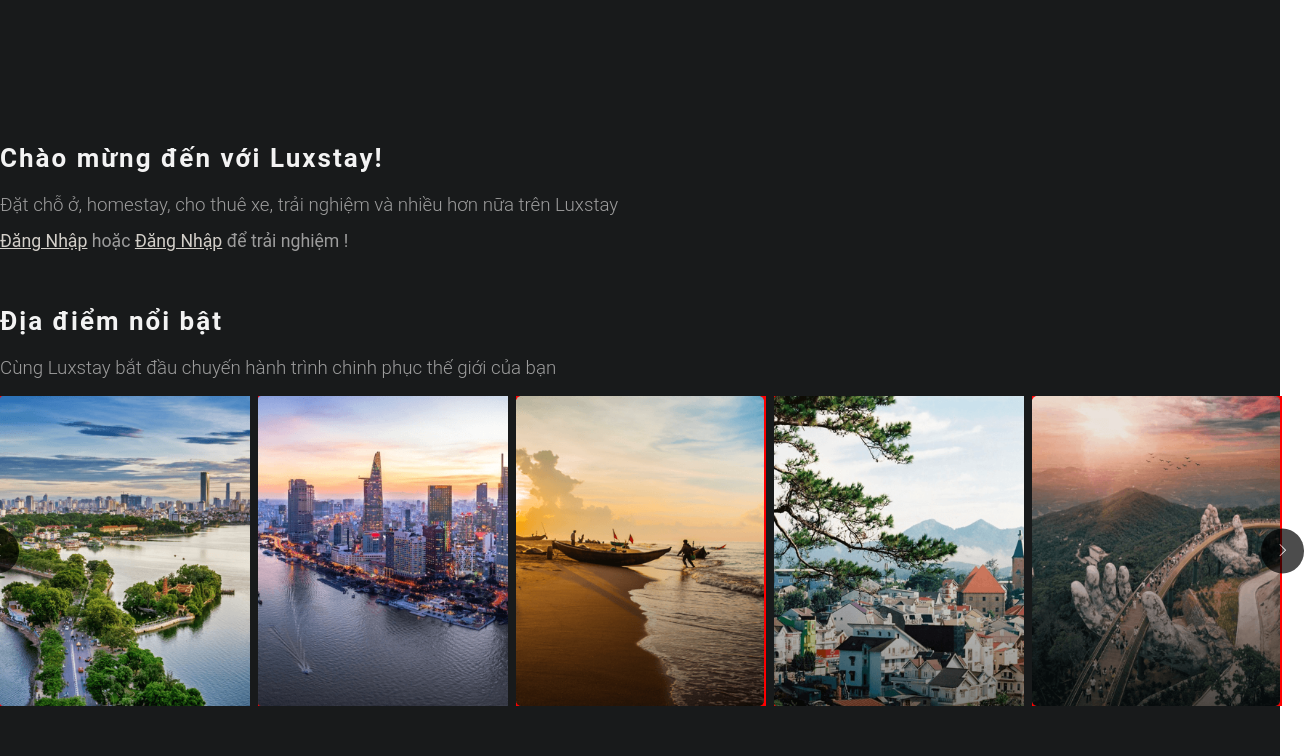
Repository: thuong22062004/Luxstay
Page: index.html
The author's editor kept a copy of each file at every save. The page is drawn from the files as they stood at one save, then again after the next save.
The browser window is 1280 px wide. The page is 1304 px wide, so the pictures cover 1304 px, including what lies to the right of the window. The pictures show the whole page.
Some web libraries are served in a nearby version.

Above is the page before, as saved 2021-11-21 08:18:13.
Console error: TypeError: Cannot read properties of undefined (reading 'offsetWidth')

### index.html
<!DOCTYPE html>
<html lang="en">
<head>
    <meta charset="UTF-8">
    <meta http-equiv="X-UA-Compatible" content="IE=edge">
    <meta name="viewport" content="width=device-width, initial-scale=1.0">
    <link rel="stylesheet" href="./asset/grid.css">
    <link rel="stylesheet" href="./travel/dif.css">
    <link rel="stylesheet" href="./travel/thesame.css">
    <link
    rel="stylesheet"
    type="text/css"
    href="https://cdn.jsdelivr.net/npm/slick-carousel@1.8.1/slick/slick.css"
  />
    <link rel="stylesheet" href="./travel/icon/themify-icons-font/themify-icons/themify-icons.css">
    <title>Document</title>
</head>
<body>
    <div class="traveling">
        <!-- <header class="header">
            <div class="grid-comon">
                <div class="header__contain">
                    <div class="header__logo-search">
                        <svg version="1.1" fil ="white" viewBox="0 0 50 50" class="header__logo" style="width: 50px; height: 50px; "><path pid="0" fill="#fff" d="M25.093 0c13.781.06 24.94 11.317 24.882 25.106C49.917 38.894 38.663 50.058 24.88 50 11.1 49.942-.059 38.683.001 24.894.057 11.106 11.31-.058 25.092 0zm11.801 31.9L14.398 16.053c.241-.26.48-.518.74-.777 2.7-2.687 5.971-4.031 9.775-4.015 3.804.015 7.064 1.388 9.741 4.098.238.241.476.482.694.743l-5.951 4.133 2.381 1.688 5.153-3.576v.02L39.33 16.7c-.692-1.203-1.584-2.325-2.616-3.39-3.231-3.292-7.167-4.947-11.788-4.967-4.6-.019-8.53 1.603-11.809 4.867a17.806 17.806 0 00-2.682 3.408l1.429 1.004 23.429 16.51c-.24.26-.48.518-.74.777-2.7 2.687-5.971 4.011-9.775 3.996-3.803-.016-7.063-1.37-9.74-4.08-.258-.26-.496-.521-.734-.782l6.111-4.251-.139-.181-2.183-1.528-5.373 3.735v-.021l-2.377 1.65a17.824 17.824 0 002.654 3.43c3.253 3.291 7.169 4.946 11.769 4.965 4.62.021 8.549-1.602 11.83-4.866 1.06-1.075 1.96-2.21 2.682-3.406l-2.383-1.67z">
                      </path>
                    </svg>
                    <div class="header_search">
                        <div class="header__search-cotainer-input">
                        <input type="search" name="HI"  class="header__input-seacrch" placeholder="Tìm kiếm">
                            <div class="history__search">
                                <h3 class="hitory__search--heading">History</h3>
                                <ul class="history__search-list">
                                    <li class="history__search-item">
                                        <a href="" class="history__search-link">Dubai</a>
                                    </li>
                                    <li class="history__search-item">
                                        <a href="" class="history__search-link">Dubai</a>
                                    </li>
                                    <li class="history__search-item">
                                        <a href="" class="history__search-link">Dubai</a>
                                    </li>
                                    <li class="history__search-item">
                                        <a href="" class="history__search-link">Dubai</a>
                                    </li>
                                </ul>
                            </div>
                        </div>
                        <div class="header__day-guest">
                            <div class="hedaer__lich">
                                <span class="header_theday"><i class="header_theday-icon ti-calendar"></i>
                                    Ngày
                                </span>
                            </div>
                            <div class="header__guest-number">
                                <span class="header_theday"><i class=" header_theday-icon ti-user"></i>
                                    Số khách
                                </span>
                            </div>
                            <div class="header_search-icons">
                                <button class="btn btn-comon ">
                                <i class=" header_search-icon-search ti-search"></i>
                                </button>
                            </div>
                        </div>
                    </div>
                    </div>
                    <div class="header__nav">
                           <ul class="header__menu">
                               <li class="header__menu-item">
                                   <a href="" class="header__menu-link">Guide</a>
                                </li>
                                <li class="header__menu-item">
                                    <a href="" class="header__menu-link">Host</a>
                                 </li>
                                 <li class="header__menu-item">
                                    <a href="./travel/singup.html" class="header__menu-link">Đăng kí </a>
                                 </li>
                                 <li class="header__menu-item">
                                    <a href="./travel/login.html" class="header__menu-link">Đăng nhập</a>
                                 </li>
                                 <li class="header__menu-item  ">
                                     <input type="checkbox"  hidden name="" class="language__appear" id="languge__click-check">
                                     <label for = "languge__click-check" class="header__menu-item-img">
                                        <img class="header__menu-icon-img" src="https://www.luxstay.com/icons/vi.svg"/>
                                    <p href="" class="header__menu-link">VND <i class="ti-arrow-circle-down"></i></p>
                                    </label>
                                     <div class="header__language-container">
                                         <div class="header__language">
                                             <ul class="header__language-list">
                                                 <li class="header__languge-items">
                                                     <div class="language__item-use language__item-use-active">
                                                          <img class="header__language-img" src="https://www.luxstay.com/icons/vi.svg"/>
                                                            <a class="language__item-title">Tiếng Việt <i class="ti-check language__item-active"></i></a>
                                                     </div>
                                                 </li>
                                                 <li class="header__languge-items">
                                                    <div class="language__item-use ">
                                                         <img class="header__language-img" src="https://www.luxstay.com/icons/en.svg"/>
                                                           <a class="language__item-title">English<i class="ti-check language__item-active"></i></a>
                                                    </div>
                                                </li>
                                                <li class="header__laneguge-items">
                                                    <div class="language__item-use ">
                                                         <img class="header__language-img" src="https://www.luxstay.com/icons/ko.svg"/>
                                                           <a class="language__item-title">Korean<i class="ti-check language__item-active"></i></a>
                                                    </div>
                                                </li>
                                             </ul>
                                             <ul class="header__language-list">
                                                <li class="header__languge-items">
                                                    <div class="crash__item-use language__item-use-active ">
                                                           <span class="languge__item-symboi">VND</span>
                                                           <a class="language__item-title">Việt Nam Đồng<i class="ti-check language__item-active"></i></a>
                                                    </div>
                                                </li>
                                                <li class="header__languge-items">
                                                   <div class="crash__item-use ">
                                                    <span class="languge__item-symboi">USD</span>
                                                          <a class="language__item-title">United States Dollar<i class="ti-check language__item-active"></i></a>
                                                   </div>
                                               </li>
                                            </ul>
                                         </div>
                                     </div>
                                 </li>
                           </ul>
                    </div>
                </div>
            </div>
        </header> -->
        <div class="container">
            <div class="grid-comon">
            <div class="contain-slider">
                <!-- <div class="slider">
                    <i class="ti-angle-left slider__back "></i>
                    <i class="ti-angle-right slider__next "></i>
                    <ul class="list__dots">
                        <li class="item-dot active" data-index ="0"></li>
                        <li class="item-dot" data-index ="1"></li>
                        <li class="item-dot" data-index ="2"></li>
                        <li class="item-dot" data-index ="3"></li>
                        <li class="item-dot" data-index ="4"></li>
                    </ul>
                    <div class="contain-img">
                         <div class="list-img">
                         <div class="img-item">
                             <img src="./img/anh1.png" class= "img-child"  alt="" sizes="" srcset="">
                         </div>
                         <div class="img-item">
                             <img src='./img/anh2.png' class= "img-child" alt="" sizes="" srcset="">
                         </div>
                         <div class="img-item">
                             <img src="./img/anh1.png"class= "img-child" alt="" sizes="" srcset="">
                         </div>
                         <div class="img-item">
                             <img src="./img/anh2.png"class= "img-child"  alt="" sizes="" srcset="">
                         </div>
                         <div class="img-item">
                             <img src="./img/anh1.png"  class= "img-child" alt="" sizes="" srcset="">
                         </div>
                         </div>
                    </div>
                </div> -->
            </div>
            <div class="contain__fullofText grid">
                <h3 class="text-mutual">Chào mừng đến với Luxstay!</h3>
                <p class="text__chil-common">Đặt chỗ ở, homestay, cho thuê xe, trải nghiệm và nhiều hơn nữa trên Luxstay</p>
                <span class="text-log"><a href="" class="text__link-log">Đăng Nhập</a>
                    hoặc
                    <a href="" class="text__link-log">Đăng Nhập</a>
                    để trải nghiệm !
                </span>
            </div>
            <div class="contain__fullofText grid">
                <h3 class="text-mutual">Địa điểm nổi bật</h3>
                <p class="text__chil-common">Cùng Luxstay bắt đầu chuyến hành trình chinh phục thế giới của bạn</p>
            </div>
            <div class="slide-location">
                <div class="grid">
                <div class="row slider__slick-site">
                    <div class="col l-2 c-12">
                        <div class="img__local-list">
                                <img src="./img/ảnh HA NOI.png" alt="" class="img__local-item">
                                <div class="text__site-number">
                              <div class="contain__location-control">
                                <h5 class="text-site">Hà Nội</h5>
                               <p class="text-numofguest">2657 Chỗ ở</p>
                              </div>
                        </div>
                    </div>
                </div>
                <div class="col l-2 c-12">
                    <div class="img__local-list">
                            <img src="./img/tphcm.png" alt="" class="img__local-item">
                            <div class="text__site-number">
                          <div class="contain__location-control">
                            <h5 class="text-site">TP.Hồ Chí Minh</h5>
                           <p class="text-numofguest">2242 Chỗ ở</p>
                          </div>
                    </div>
                </div>
            </div>
            <div class="col l-2 c-12">
                <div class="img__local-list">
                        <img src="./img/vungtau.png" alt="" class="img__local-item">
                        <div class="text__site-number">
                      <div class="contain__location-control">
                        <h5 class="text-site">Vũng Tàu</h5>
                       <p class="text-numofguest">549 Chỗ ở</p>
                      </div>
                </div>
            </div>
        </div>
        <div class="col l-2 c-12">
            <div class="img__local-list">
                    <img src="./img/dalat.png" alt="" class="img__local-item">
                    <div class="text__site-number">
                  <div class="contain__location-control">
                    <h5 class="text-site">Đà Lạt </h5>
                   <p class="text-numofguest">1488 Chỗ ở</p>
                  </div>
            </div>
        </div>
    </div>
    <div class="col l-2 c-12">
        <div class="img__local-list">
                <img src="./img/danang.png" alt="" class="img__local-item">
                <div class="text__site-number">
              <div class="contain__location-control">
                <h5 class="text-site">Đà nẵng</h5>
               <p class="text-numofguest">897 Chỗ ở</p>
              </div>
        </div>
    </div>
</div>
<div class="col l-2 c-12">
    <div class="img__local-list">
            <img src="./img/nhatrang.png" alt="" class="img__local-item">
            <div class="text__site-number">
          <div class="contain__location-control">
            <h5 class="text-site">Nha trang</h5>
           <p class="text-numofguest">635 Chỗ ở</p>
          </div>
    </div>
</div>
</div>
<div class="col l-2 c-12">
    <div class="img__local-list">
            <img src="./img/quangninh.png" alt="" class="img__local-item">
            <div class="text__site-number">
          <div class="contain__location-control">
            <h5 class="text-site">Quảng Ninh</h5>
           <p class="text-numofguest">218 Chỗ ở</p>
          </div>
    </div>
</div>
</div>
<div class="col l-2 c-12">
    <div class="img__local-list">
            <img src="./img/hoian.png" alt="" class="img__local-item">
            <div class="text__site-number">
          <div class="contain__location-control">
            <h5 class="text-site">Hội an</h5>
           <p class="text-numofguest">323 Chỗ ở</p>
          </div>
    </div>
</div>
</div>
            </div>
        </div>
        </div>
        </div>
        <div class="footer"></div>
    </div>
    <script
      type="text/javascript"
      src="https://code.jquery.com/jquery-1.11.0.min.js"
    ></script>
    <script
      type="text/javascript"
      src="https://code.jquery.com/jquery-migrate-1.2.1.min.js"
    ></script>
    <script
      type="text/javascript"
      src="https://cdn.jsdelivr.net/npm/slick-carousel@1.8.1/slick/slick.min.js"
    ></script>
    <script src="index.js"></script>
    <script src="./slickslider/slickone.js"></script>
</body>
</html>

### travel/thesame.css
:root{
    --background-comon:#131516;
    --text-color : #d3cfc9;
    --text-hover :rgba(23, 241, 241, 0.7) ;
    --text-child :#131516;
    --text-title :#f3f3f3;
    --text-white :white;
    --outstanding-color:#181a1b;
    --text-pink:#ee0979;
    --text-small:#9d9d9d;
}
*{
    box-sizing: inherit;
    margin: 0;
    padding: 0;
}
html{
    font-size: 65%;
    line-height: 1.6rem;
    box-sizing: border-box;
    font-family: 'Roboto', sans-serif;
}
/*resposive*/
.grid {
    width: 1300px;
    max-width: 100%;
    margin: 0 auto;
}
.grid-comon{
    width:1500px;
    max-width: 100%;
    margin:0 auto;
}
.grid__row {
    display: flex;
    flex-wrap: wrap;
    margin-left: -9px; /*quy tắc 12column grid*/
    margin-right: -9px; /*quy tắc 12column grid*/
}
.grid__column-5{
    padding-left: 9px;
    padding-right: 9px;
    width: 20%;
}
/*nút*/
.btn{
    min-height: 30px;
    line-height: 30px;
    min-width: 56px;
    border: none;
    outline: none;
    border-radius: 5px;
    display: flex;
    align-items: center;
    justify-content: center;
    cursor: pointer;
    text-align: center;
}
.btn.btn-comon{
    background: #555555;
    min-height: 41px;
}
.btncircle{
    border-radius: 40px;
    border: 1px  solid #373c3e;
}
/*amination*/
@keyframes FadeIn {
    from{
        opacity: 0;
    }
    to{
        opacity: 1;
    }
}
 /*                       footer                                  */
.footer__contian{
    background:#181a1b;
    border-top: 0.25px solid wheat;
}
.footer__body-content{
    width: 100%;
    text-align: center;
    margin-top: 30px;
    padding-bottom: 30px;
}
.footer_content-text{
       font-size: 1.4rem;
    color: var(--text-color);
    line-height:2.5rem;
    letter-spacing: 1px;
    opacity: 0.6;
}
/* / text common */
.text-mutual{
    font-size:2.5rem;
    letter-spacing: 2px;
    color:var(--text-title);
    font-weight: 600;
    margin-bottom: 30px;
}
.text__chil-common{
    font-size:1.8rem;
    color:var(--text-small);
    margin-bottom: 20px;
    font-weight: 300;
}
.text__link-log{
    color:var(--text-color)
}
.contain__fullofText{
    margin-top: 60px;
}
.l-2{
    flex: 0 0 16.66667%;
    max-width: 20%;;
}
@media screen and (min-width:1113px) {
    .row{
       margin-left: -4px;
       margin-right: -4px;
    }
    .col{
        padding-left: 4px;
        padding-right: 4px;
    }
}

Loaded but not shown: travel/icon/themify-icons-font/themify-icons/themify-icons.css (common file); index.js (63 lines, source omitted); slickslider/slickone.js (33 lines, source omitted); travel/dif.css (399 lines, source omitted); asset/grid.css (463 lines, source omitted)

After the next save:
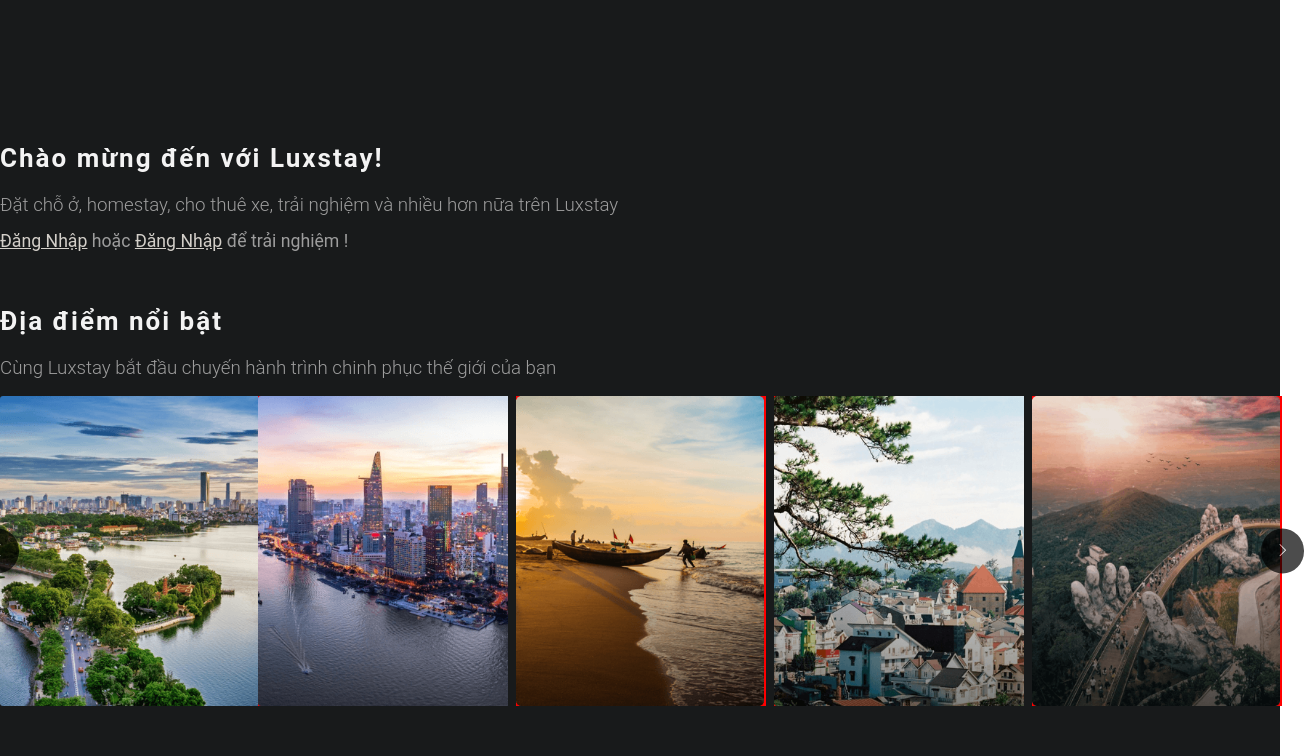
Saved 2 min 0 s later.
--- a/index.html
+++ b/index.html
@@ -179,7 +179,7 @@
                 <div class="grid">
                 <div class="row slider__slick-site">
                     <div class="col l-2 c-12">
-                        <div class="img__local-list">
+                        <a class="img__local-list">
                                 <img src="./img/ảnh HA NOI.png" alt="" class="img__local-item">
                                 <div class="text__site-number">
                               <div class="contain__location-control">
@@ -187,7 +187,7 @@
                                <p class="text-numofguest">2657 Chỗ ở</p>
                               </div>
                         </div>
-                    </div>
+                    </a>
                 </div>
                 <div class="col l-2 c-12">
                     <div class="img__local-list">
